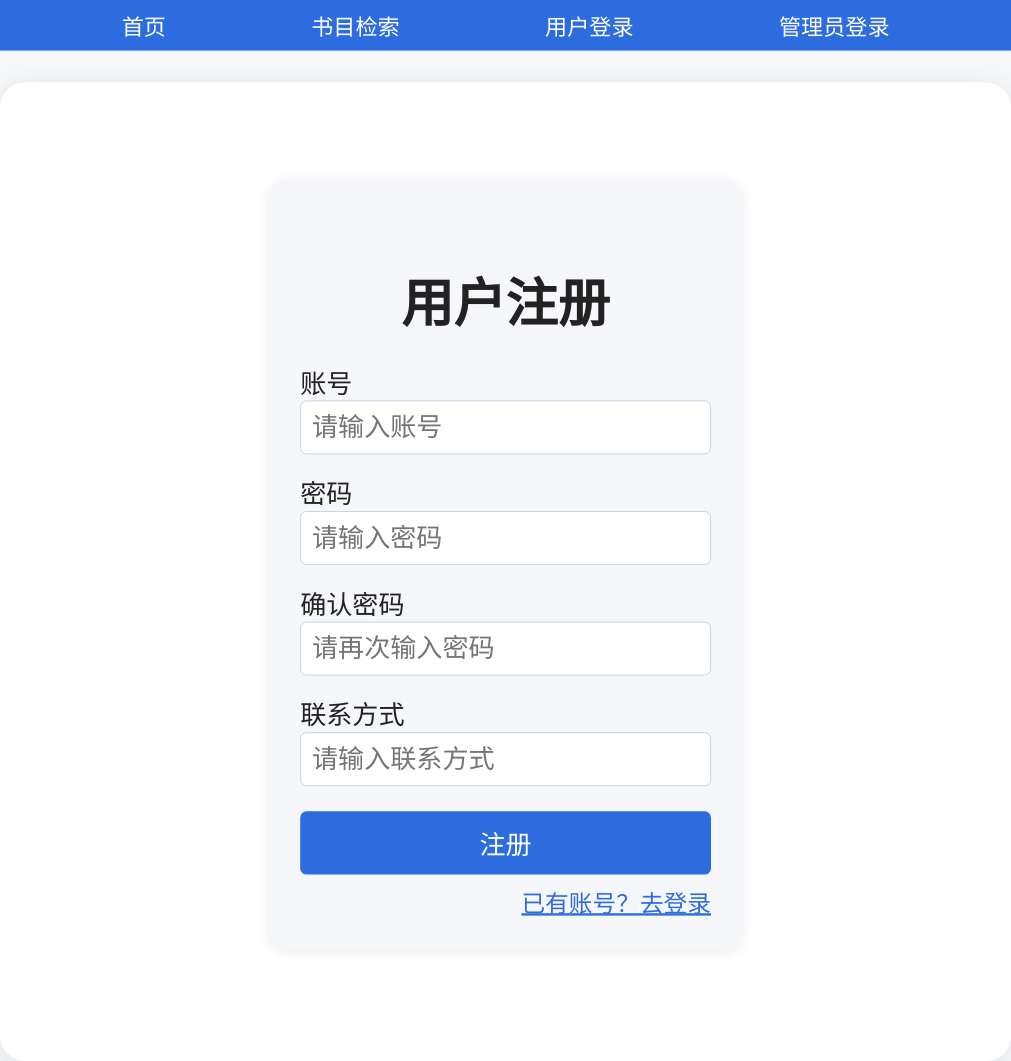
Repository: MercuryRandom/Library-Resource-Management-System
Page: /register (app in frontend/)
These files come from the project's save history. The page is drawn as it stood at one moment and after the next save; the edit follows.
The browser window is 1280 px wide. The pictures show the whole page, at 79% of full size.
The project was rebuilt for these pictures with package versions that can differ from the ones it lists, and the page was loaded fresh each time. Also part of the build but not shown: frontend/vite.config.js, frontend/src/pages/HomePage.jsx, frontend/src/pages/SearchPage.jsx, frontend/src/pages/LoginPage.jsx, frontend/src/pages/AdminLoginPage.jsx, frontend/src/pages/AdminPage.jsx, frontend/src/pages/admin/ReaderManagementPage.jsx, frontend/src/pages/admin/BookManagementPage.jsx and 1 more.

Above is the page before, as saved 2025-06-25 20:39:55.

After the next save:
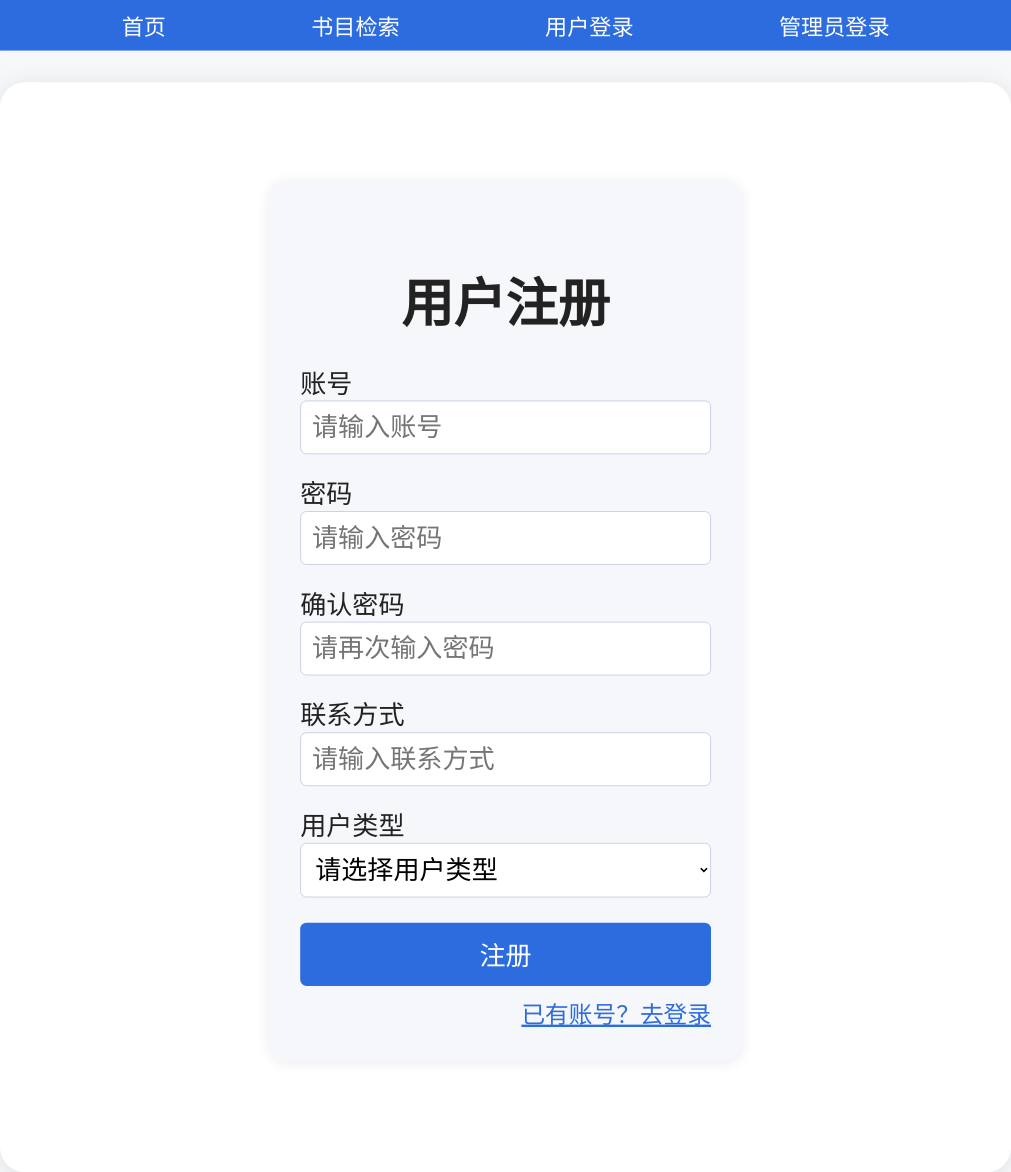
Saved 49 s later.
--- a/frontend/src/pages/RegisterPage.jsx
+++ b/frontend/src/pages/RegisterPage.jsx
@@ -6,12 +6,13 @@ const RegisterPage = () => {
   const [password, setPassword] = useState('');
   const [confirm, setConfirm] = useState('');
   const [contact, setContact] = useState('');
+  const [userType, setUserType] = useState('');
   const [error, setError] = useState('');
   const navigate = useNavigate();
 
   const handleRegister = (e) => {
     e.preventDefault();
-    if (!username || !password || !confirm || !contact) {
+    if (!username || !password || !confirm || !contact || !userType) {
       setError('请填写所有信息');
       return;
     }
@@ -60,6 +61,17 @@ const RegisterPage = () => {
           onChange={(e) => setContact(e.target.value)}
           placeholder="请输入联系方式"
         />
+        <label htmlFor="userType">用户类型</label>
+        <select
+          id="userType"
+          value={userType}
+          onChange={e => setUserType(e.target.value)}
+          style={{ width: '100%', padding: '14px', fontSize: '1.1em', border: '1px solid #bfc8e0', borderRadius: '8px', marginBottom: '24px', background: '#fff' }}
+        >
+          <option value="">请选择用户类型</option>
+          <option value="学生">学生</option>
+          <option value="教职工">教职工</option>
+        </select>
         {error && <div style={{ color: 'red', marginBottom: 12 }}>{error}</div>}
         <button type="submit">注册</button>
       </form>
